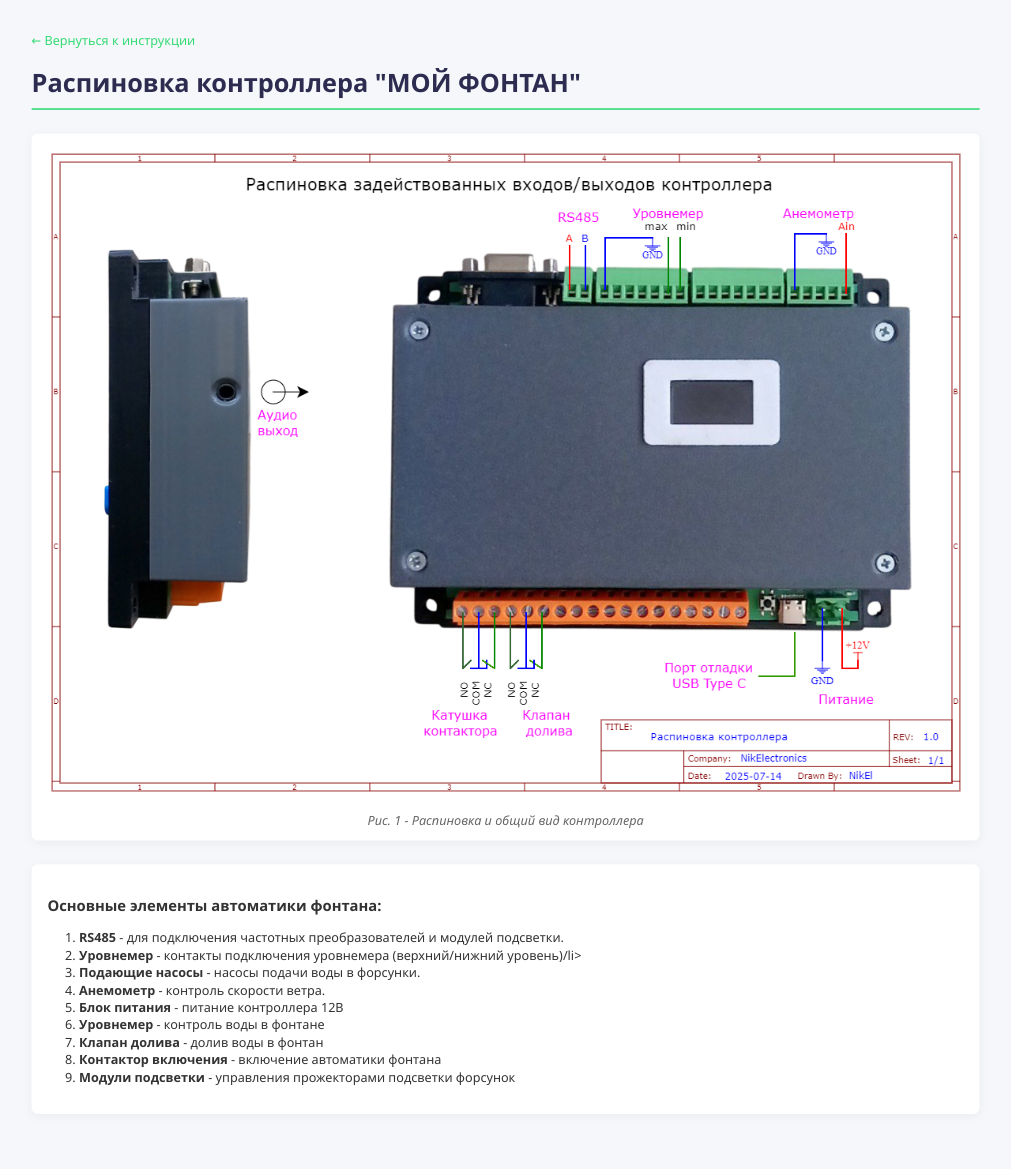
Repository: NikElectronics/fountain_manual
Page: pinout.html
These files come from the project's save history. The page is drawn as it stood at one moment and after the next save; the edit follows.
The browser window is 1280 px wide. The pictures show the whole page, at 79% of full size.

Above is the page before, as saved 2025-07-14 10:15:04.

### pinout.html
<!DOCTYPE html>
<html lang="ru">

<head>
    <meta charset="UTF-8">
    <meta name="viewport" content="width=device-width, initial-scale=1.0">
    <title>Pinout</title>
    <style>
        :root {
            --primary-color: #2d2c50;
            --secondary-color: #34db74;
            --light-gray: #f5f7fa;
            --white: #ffffff;
        }

        body {
            font-family: 'Segoe UI', Tahoma, Geneva, Verdana, sans-serif;
            margin: 0;
            padding: 0;
            background-color: var(--light-gray);
            color: #333;
        }

        .container {
            max-width: 1200px;
            margin: 0 auto;
            padding: 40px;
        }

        h1 {
            color: var(--primary-color);
            border-bottom: 2px solid var(--secondary-color);
            padding-bottom: 12px;
            margin-top: 0;
        }

        .back-link {
            display: inline-block;
            margin-bottom: 20px;
            color: var(--secondary-color);
            text-decoration: none;
            font-weight: 500;
        }

        .back-link:hover {
            text-decoration: underline;
        }

        .screenshot-container {
            text-align: center;
            margin: 30px 0;
            padding: 15px;
            background: var(--white);
            border-radius: 8px;
            box-shadow: 0 3px 15px rgba(0, 0, 0, 0.05);
        }

        .screenshot {
            max-width: 100%;
            height: auto;
            border-radius: 6px;
        }

        .caption {
            font-style: italic;
            color: #666;
            margin-top: 10px;
        }

        .description {
            background: var(--white);
            padding: 20px;
            border-radius: 8px;
            margin: 30px 0;
            box-shadow: 0 3px 15px rgba(0, 0, 0, 0.05);
        }
    </style>
</head>

<body>
    <div class="container">
        <a href="index.html" class="back-link">← Вернуться к инструкции</a>

        <h1>Распиновка контроллера "МОЙ ФОНТАН"</h1>

        <div class="screenshot-container">
            <img src="screenshots/pinout.png" alt="Изображение контроллера" class="screenshot">
            <div class="caption">Рис. 1 - Распиновка и общий вид контроллера</div>
        </div>

        <div class="description">
            <h3>Основные элементы автоматики фонтана:</h3>
            <ol>
                <li><strong>RS485</strong> - для подключения частотных преобразователей и модулей подсветки.</li>
                <li><strong>Уровнемер</strong> - контакты подключения уровнемера (верхний/нижний уровень)/li>
                <li><strong>Подающие насосы</strong> - насосы подачи воды в форсунки.</li>
                <li><strong>Анемометр</strong> - контроль скорости ветра.</li>
                <li><strong>Блок питания</strong> - питание контроллера 12В</li>
                <li><strong>Уровнемер</strong> - контроль воды в фонтане</li>
                <li><strong>Клапан долива</strong> - долив воды в фонтан</li>
                <li><strong>Контактор включения</strong> - включение автоматики фонтана</li>
                <li><strong>Модули подсветки</strong> - управления прожекторами подсветки форсунок</li>
            </ol>
        </div>
    </div>
</body>

</html>

After the next save:
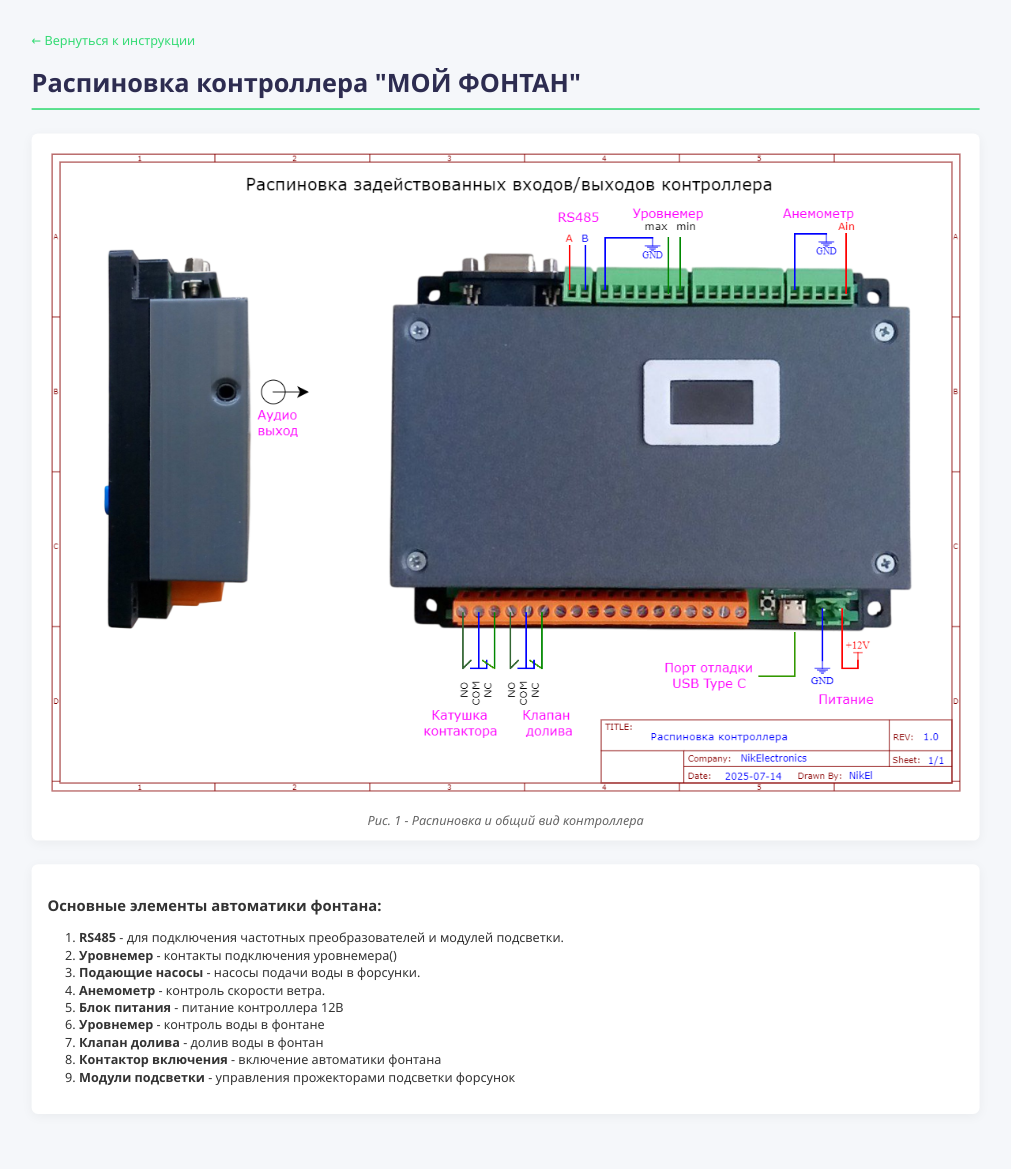
Saved 33 s later.
--- a/pinout.html
+++ b/pinout.html
@@ -92,7 +92,7 @@
             <h3>Основные элементы автоматики фонтана:</h3>
             <ol>
                 <li><strong>RS485</strong> - для подключения частотных преобразователей и модулей подсветки.</li>
-                <li><strong>Уровнемер</strong> - контакты подключения уровнемера (верхний/нижний уровень)/li>
+                <li><strong>Уровнемер</strong> - контакты подключения уровнемера()</li>
                 <li><strong>Подающие насосы</strong> - насосы подачи воды в форсунки.</li>
                 <li><strong>Анемометр</strong> - контроль скорости ветра.</li>
                 <li><strong>Блок питания</strong> - питание контроллера 12В</li>
